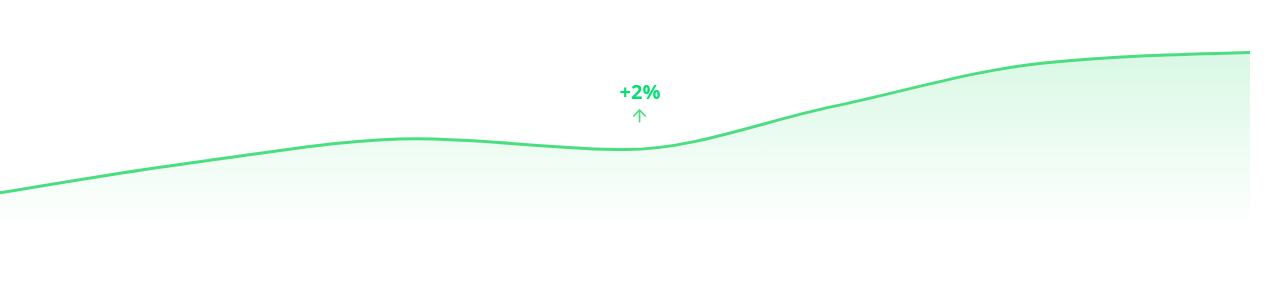
Repository: SharonSebastian32/reacharts
Page: /
The author's editor kept a copy of each file at every save. The page is drawn from the files as they stood at one save, then again after a run of saves.
The browser window is 1280 px wide. The pictures show the whole page.
The project was rebuilt for these pictures with package versions that can differ from the ones it lists, and the page was loaded fresh each time. Also part of the build but not shown: vite.config.js.

Above is the page before, as saved 2025-03-20 22:49:12.

### src/App.jsx
import GrowthGraph from "./Components/CurveGraph";
function App() {
  return (
    <>
      <GrowthGraph />
    </>
  );
}

export default App;

### src/Components/CurveGraph.jsx
import React from 'react';
import { LineChart, Line, XAxis, YAxis, CartesianGrid, ResponsiveContainer, Area, AreaChart } from 'recharts';

const GrowthGraph = () => {
  // Sample data to create the desired curve
  const data = [
    { name: 'Jan', value: 20 },
    { name: 'Feb', value: 35 },
    { name: 'Mar', value: 45 },
    { name: 'Apr', value: 40 },
    { name: 'May', value: 60 },
    { name: 'Jun', value: 80 },
    { name: 'Jul', value: 85 },
  ];

  return (
    <div className="w-full h-64 bg-white relative">
      <ResponsiveContainer width="100%" height="100%">
        <AreaChart
          data={data}
          margin={{ top: 20, right: 30, left: 0, bottom: 20 }}
        >
          <defs>
            <linearGradient id="colorGradient" x1="0" y1="0" x2="0" y2="1">
              <stop offset="5%" stopColor="#4ade80" stopOpacity={0.2} />
              <stop offset="95%" stopColor="#4ade80" stopOpacity={0} />
            </linearGradient>
          </defs>
          <CartesianGrid vertical={false} horizontal={false} />
          <XAxis dataKey="name" hide={true} />
          <YAxis hide={true} />
          <Area
            type="monotone"
            dataKey="value"
            stroke="#4ade80"
            strokeWidth={3}
            fillOpacity={1}
            fill="url(#colorGradient)"
            dot={false}
            activeDot={false}
            isAnimationActive={true}
            animationDuration={1500}
          />
        </AreaChart>
      </ResponsiveContainer>

      {/* Growth indicator */}
      <div className="absolute text-green-400 font-bold text-xl" style={{ left: '50%', top: '40%', transform: 'translate(-50%, -50%)' }}>
        +2%
        <div className="flex justify-center">
          <svg width="20" height="20" viewBox="0 0 24 24" fill="none" xmlns="http://www.w3.org/2000/svg">
            <path d="M12 19L12 5" stroke="#4ade80" strokeWidth="2" strokeLinecap="round" strokeLinejoin="round"/>
            <path d="M5 12L12 5L19 12" stroke="#4ade80" strokeWidth="2" strokeLinecap="round" strokeLinejoin="round"/>
          </svg>
        </div>
      </div>
    </div>
  );
};

export default GrowthGraph;

Loaded but not shown: index.html (common file); src/main.jsx (common file); src/index.css (common file)

After the next 2 saves:
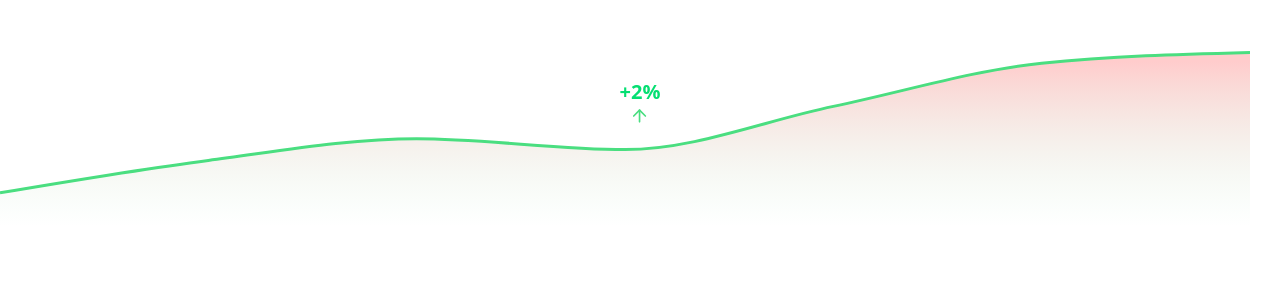
The 2 saves are shown as one change because they came seconds apart.
The last was saved 20 s later.
--- a/src/Components/CurveGraph.jsx
+++ b/src/Components/CurveGraph.jsx
@@ -22,7 +22,7 @@ const GrowthGraph = () => {
         >
           <defs>
             <linearGradient id="colorGradient" x1="0" y1="0" x2="0" y2="1">
-              <stop offset="5%" stopColor="#4ade80" stopOpacity={0.2} />
+              <stop offset="5%" stopColor="red" stopOpacity={0.2} />
               <stop offset="95%" stopColor="#4ade80" stopOpacity={0} />
             </linearGradient>
           </defs>
